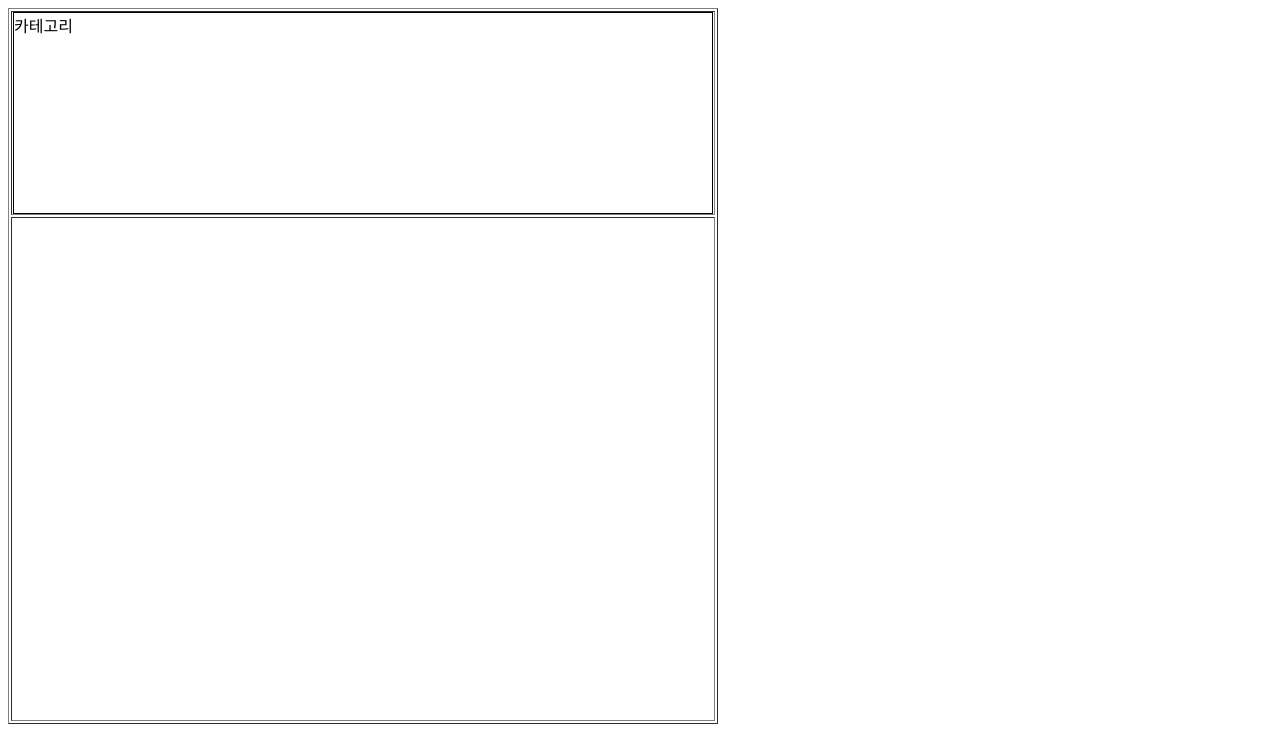
Repository: HmDol/Spring_study
Page: http://localhost/project1/Exweb.jsp
These files come from the project's save history. The page is drawn as it stood at one moment and after the next save; the edit follows.
The browser window is 1280 px wide. The pictures show the whole page.
The page is served by Tomcat 10.

Above is the page before, as saved 2023-09-06 06:30:04.

After the next save:
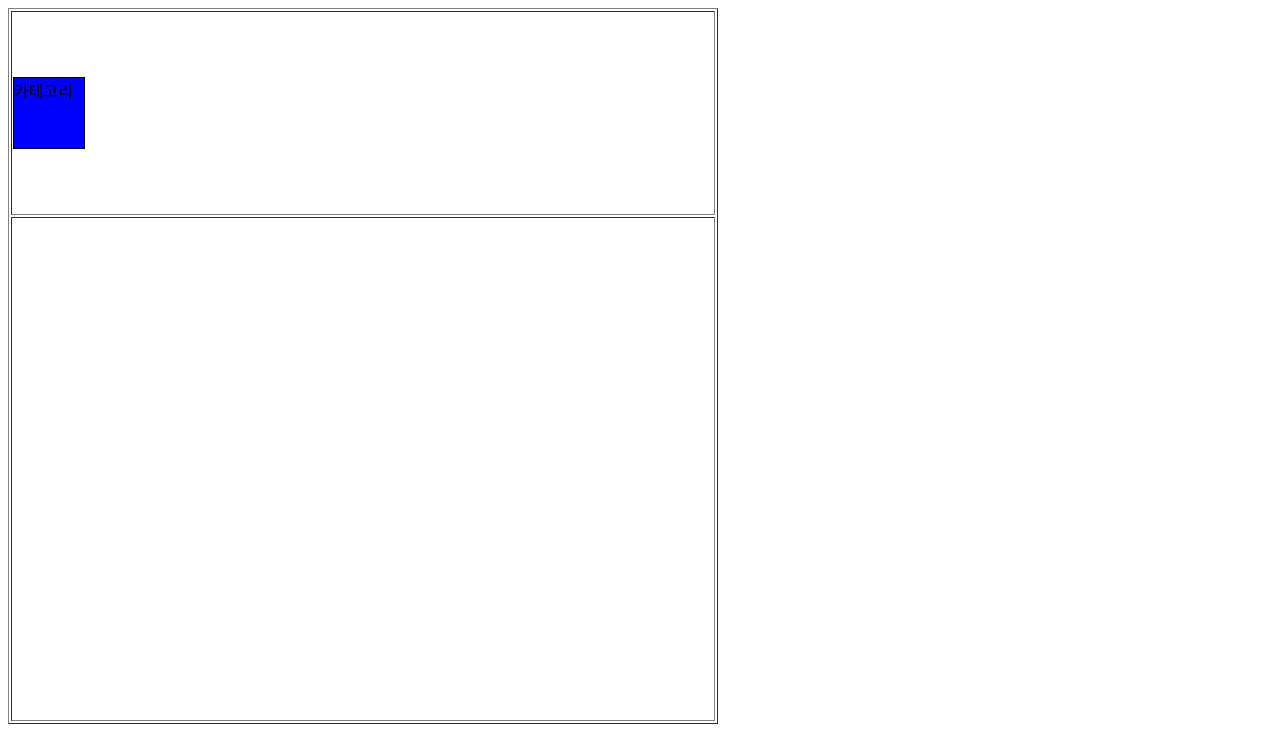
Saved 71 s later.
--- a/project1/src/main/webapp/Exweb.jsp
+++ b/project1/src/main/webapp/Exweb.jsp
@@ -37,7 +37,7 @@ const b = () => {
 	<table border="1">
 		<tr>
 			<td style="width: 700px; height: 200px">
-				<div id="cate" style="height: 100%; border: 1px solid black"
+				<div id="cate" style="width:70px;height:70px; background-color:blue; border: 1px solid black"
 					onmouseover="a()" onmouseout="b()">카테고리</div>
 			</td>
 		</tr>
